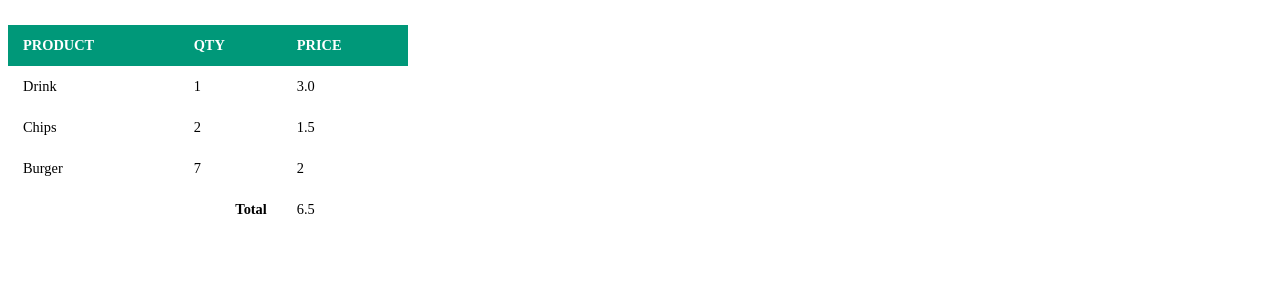
Repository: linas-dev/HTML-CSS-Projects
Page: Basic_HTML_and_CSS/HTML_Table.html
An editor plug-in stored every save of this project. The page is shown before and after the next save, followed by the edit.
The browser window is 1280 px wide. The pictures show the whole page.

Above is the page before, as saved 2021-05-30 10:17:16.

### Basic_HTML_and_CSS/HTML_Table.html
<!DOCTYPE html>
<html lang="en">
<head>
    <meta charset="UTF-8">
    <meta http-equiv="X-UA-Compatible" content="IE=edge">
    <meta name="viewport" content="width=device-width, initial-scale=1.0">
    <link rel="stylesheet" href="Basic_CSS_2.css">
    <title>Document</title>
</head>
<body>
    <table class="table">
        <thead>
            <tr>
                <td><b>PRODUCT</b></td>
                <td><b>QTY</b></td>
                <td><b>PRICE</b></td>
            </tr>
        </thead>
        <tbody>
            <tr>
                <td>Drink</td>
                <td>1</td>
                <td>3.0</td>
            </tr>
            <tr>
                <td>Chips</td>
                <td>2</td>
                <td>1.5</td>
            </tr>
            <tr>
                <td>Burger</td>
                <td>7</td>
                <td>2</td>
            </tr>
        </tbody>
        <tfoot>
            <tr>
                <td colspan="2" align="right"><b>Total</b></td>
                <td>6.5</td>
            </tr>
        </tfoot>
</body>
</html>

### Basic_HTML_and_CSS/Basic_CSS_2.css
p {
    color: #2E5757;
    background: #F0DFEE;
    font-weight: bolder;
    text-align: right;
}

.table {
    border-collapse: collapse;
    margin: 25px 0;
    font-size: 0.9em;
    min-width: 400px;
}

.table thead tr {
    background-color: #009879;
    color: #fff;
    text-align: left;
    font-weight: bold;
}

.table th, .table td {
    padding: 12px 15px;
}

After the next save:
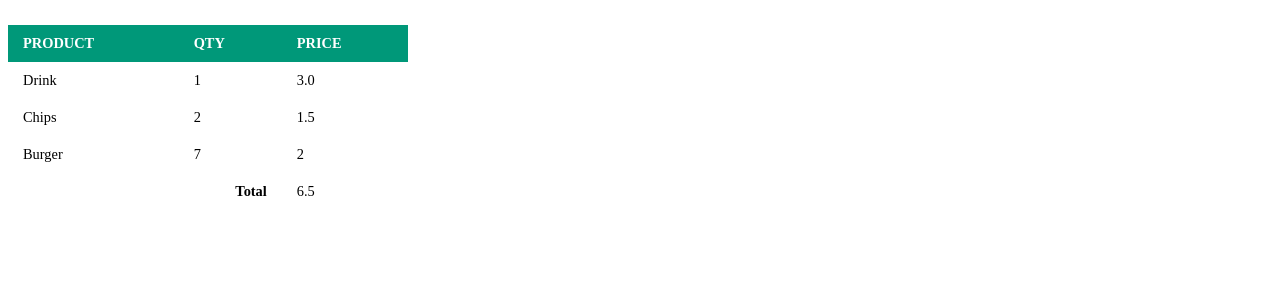
Saved 10 s later.
--- a/Basic_HTML_and_CSS/Basic_CSS_2.css
+++ b/Basic_HTML_and_CSS/Basic_CSS_2.css
@@ -20,5 +20,5 @@ p {
 }
 
 .table th, .table td {
-    padding: 12px 15px;
+    padding: 10px 15px;
 }
